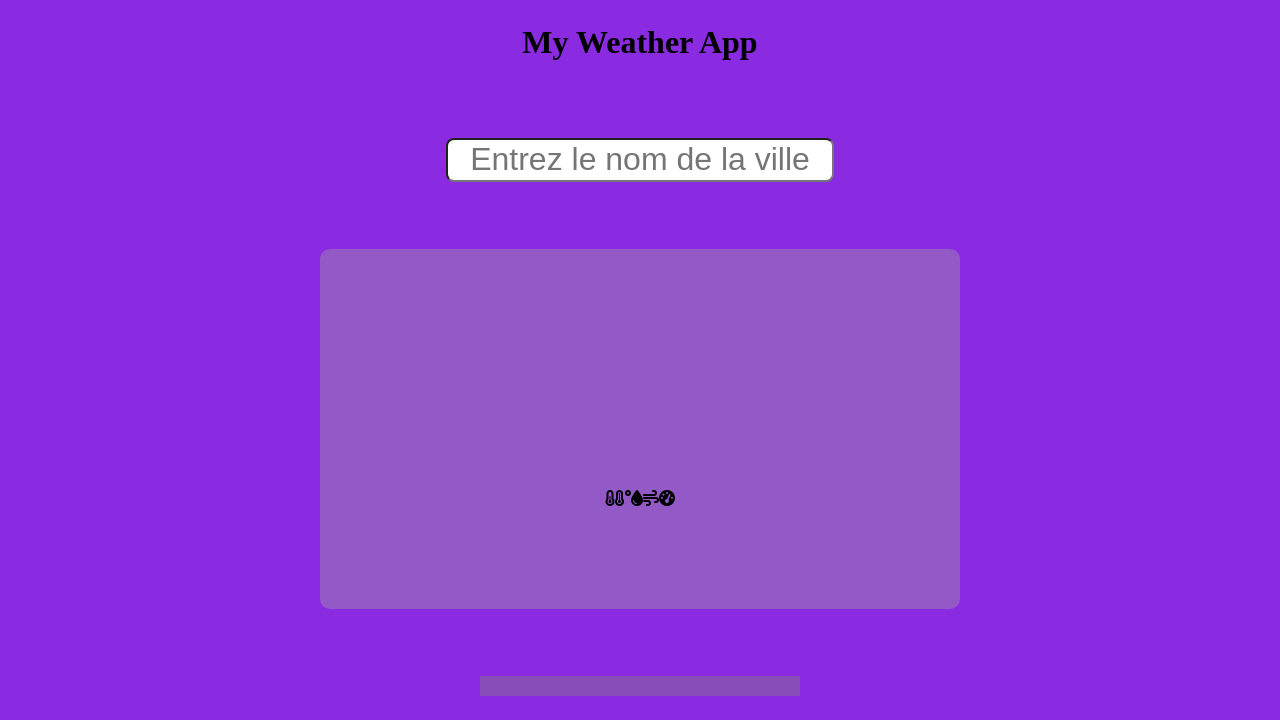
Repository: JeffnyAugustin/MyWeatherApp
Page: index.html
These files come from the project's save history. The page is drawn as it stood at one moment and after the next save; the edit follows.
The browser window is 1280 px wide. The pictures show the whole page.

Above is the page before, as saved 2023-11-14 19:26:09.
Console error: ReferenceError: jQuery is not defined

### index.html
<!DOCTYPE html>
<html lang="fr">

<head>
    <meta charset="UTF-8">
    <meta http-equiv="X-UA-Compatible" content="IE=edge">
    <meta name="viewport" content="width=device-width, initial-scale=1.0">
    <link rel="stylesheet" href="https://cdnjs.cloudflare.com/ajax/libs/font-awesome/6.4.0/css/all.min.css"
        integrity="sha512-iecdLmaskl7CVkqkXNQ/ZH/XLlvWZOJyj7Yy7tcenmpD1ypASozpmT/E0iPtmFIB46ZmdtAc9eNBvH0H/ZpiBw=="
        crossorigin="anonymous" referrerpolicy="no-referrer" />
     <!-- Ajoutez le script de Slick Carousel -->
     <script type="text/javascript" src="https://cdn.jsdelivr.net/npm/slick-carousel@1.8.1/slick/slick.min.js"></script>

    <link rel="stylesheet" href="/css/style.css">
    <title>My Weather App</title>
</head>

<body>



    <div id="container"></div>

    <script src="/js/script.js"></script>

    <script>
        // Initialisez le carrousel après avoir ajouté les prévisions
        $(document).ready(function(){
            $('.prevision').slick({
                // Les options de configuration du carrousel vont ici
                slidesToShow: 3,
                slidesToScroll: 1,
                autoplay: true,
                autoplaySpeed: 5000
            });
        });
    </script>
</body>

</html>

### css/style.css
* {
    padding : 0;
    margin: 0;
}

body {
    display: flex;
    justify-content: center;
    height: 100vh;
    width: 100vw;
    background-color: blueviolet;
}

#container {
    display: flex;
    flex-direction: column;
    align-items: center;
    justify-content: space-around;
    gap: 20px;

}

#searchBox {
    text-align: center;
    width: 60%;
    height: 40px;
    border-radius: 8px;
    margin-top: 10px;
    font-size: 2rem;
}


#allTogether {
    width: 50VW;
    height: 50VH;
    display: flex;
    flex-direction: column;
    justify-content: space-evenly;
    align-items: center;
    background-color: rgb(158 158 158 / 40%);
    border-radius: 10px;
}

div#meteoElement {
    display: flex;
    flex-direction: row;
    justify-content: space-around;
    flex-wrap: wrap;
}

div#cityElement {
    display: flex;
    flex-direction: row;
    gap: 10px;
    justify-content: center;
}

div#cityDescription {
    display: flex;
    flex-direction: column;
    gap: 20PX;
}

#prevision {
    background-color: rgb(134 126 126 / 41%);
    display: flex;
    flex-direction: row;
    height: 20px;
    width: 50%;
    justify-content: center;
    align-items: center;
    gap: 10px;
}

.day-forecast {
    display: flex;
    flex-direction: column;
    height: 10%;
    width: 30%;
    background-color: #c1a8b6;
}


p {
    font-size: 2rem;
    color: white;
}

p.cityName {
    text-align: center;
}

### js/script.js
// Clé D'api
const API_KEY = "b476218e49ef0d0755a713e9ba77f79a";
// Lien vers L'api finissant par une recherche
const API_URL = `https://api.openweathermap.org/data/2.5/forecast?appid=${API_KEY}&units=metric&lang=fr&q=`;


const divContain = document.getElementById("container");
divContain.id = "container";


const titleDiv = document.createElement("div");
titleDiv.className = "title";

// Création H1
const heading = document.createElement('h1');

// Set the text content of the h1 element
heading.textContent = 'My Weather App';



// Création barre de recherche
const inputSearch = document.createElement("input");
inputSearch.id = "searchBox";
inputSearch.type = "text";
inputSearch.placeholder = "Entrez le nom de la ville"; // Ajout du placeholder

// Création de div
const newDiv = document.createElement("div");
newDiv.id = "allTogether";

// Création de div
const forecastDiv = document.createElement("div");
forecastDiv.id = "prevision";




const infoCityDiv = document.createElement("div");
infoCityDiv.id = "cityDescription";


// Création de div oiuyr stocker img + description
const cityImgDiv = document.createElement("div");
cityImgDiv.id = "cityElement";

// Création de div pour afficher les informations météorologiques
const weather = document.createElement("div");
weather.id = "meteoElement";

// Création balise paragraphe pour collecter le nom de la ville
const cityName = document.createElement("p");
cityName.className = "cityName";

// Création de div pour afficher la température
const temperatureDiv = document.createElement("div");
temperatureDiv.className = "temperature-container";

// Création balise paragraphe
const temperature = document.createElement("p");
temperature.className = "temps";

// Création de div pour afficher le temps ressenti
const feelsLikeDiv = document.createElement("div");
feelsLikeDiv.className = "feels-like-container";

// Création balise paragraphe pour la sensation thermique
const feelsLike = document.createElement("p");
feelsLike.className = "feels-like";

// Création de div pour afficher l'humidité
const humidityDiv = document.createElement("div");
humidityDiv.className = "humidity-container";

// Création de balise paragraphe pour l'humidité
const humidity = document.createElement("p");
humidity.className = "humidity";

// Création de div pour afficher le vent
const windDiv = document.createElement("div");
windDiv.className = "wind-container";

// Création de balise wind
const DataWind = document.createElement("p");
DataWind.className = "wind";



// Création de div pour l'humidité
const pressureDiv = document.createElement("div");
pressureDiv.className = "pressure-container";

// Création de balise paragraphe pour la pression atmosphérique
const pressure = document.createElement("p");
pressure.className = "pressure";

// Création de div pour afficher la description
const descriptionDiv = document.createElement("div");
descriptionDiv.className = "description-container";

// Création de balise paragraphe pour la description
const description = document.createElement("p");
description.className = "description";



// Création balise image
const image = document.createElement("img");

// Création balise icône pour la température
const temperatureIcon = document.createElement("i");
temperatureIcon.className = "fas fa-thermometer-half";

// Création balise icône pour la sensation thermique
const feelsLikeIcon = document.createElement("i");
feelsLikeIcon.className = "fas fa-temperature-high";

// Création balise icône pour l'humidité
const humidityIcon = document.createElement("i");
humidityIcon.className = "fas fa-tint";

// Création balise icône pour le vent
const windIcon = document.createElement("i");
windIcon.className = "fas fa-wind";

// Création balise icône pour la pression
const pressureIcon = document.createElement("i");
pressureIcon.className = "fas fa-tachometer-alt";



temperatureDiv.append(temperatureIcon, temperature); // ajout de l'icône

feelsLikeDiv.append(feelsLikeIcon, feelsLike); // ajout de l'icône

humidityDiv.append(humidityIcon, humidity); // ajout de l'icône

windDiv.append(windIcon, DataWind); // ajout de l'icône

pressureDiv.append(pressureIcon, pressure)

descriptionDiv.appendChild( description); // ajout de l'icône




// Function to format the date and time
function formatDateTime() {
    const currentDate = new Date();
    const options = { weekday: 'long', year: 'numeric', month: 'long', day: 'numeric', hour: 'numeric', minute: 'numeric'};
    return currentDate.toLocaleDateString('fr-FR', options);
}

// Create a div to display the date and time
    const dateTimeDiv = document.createElement("div");
    dateTimeDiv.id = "dateTime";
    infoCityDiv.appendChild(dateTimeDiv);

function checkWeather(city) {
    fetch(API_URL + city)
        .then(res => {
            if (!res.ok) {
                throw new Error("La ville n'a pas été trouvée");
            }
            return res.json();
        })
        .then(data => {
            cityName.textContent = data.city.name;
            image.src = `http://openweathermap.org/img/w/${data.list[0].weather[0].icon}.png`;

            description.textContent = data.list[0].weather[0].description;
            temperature.innerHTML = ` Température :  ${Math.round(data.list[0].main.temp)}°C `;
            feelsLike.textContent = "Temps Ressenti : " + Math.round(data.list[0].main.feels_like) + "°C";
            humidity.textContent = "humidityIcon : " + data.list[0].main.humidity + "%";
            DataWind.textContent = "Vitesse du vent : " + Math.floor(data.list[0].wind.speed) + " Km/h";
            pressure.textContent = "Pression : " + data.list[0].main.pressure + " hPa";


             // Afficher les prévisions pour les 5 prochains jours
             for (let i = 0; i < data.list.length; i += 8) {
                const dayForecast = document.createElement("div");
                dayForecast.className = "day-forecast";

                const date = new Date(data.list[i].dt * 1000);
                const dayName = new Intl.DateTimeFormat('fr-FR', { weekday: 'long' }).format(date);

                const dayNameElement = document.createElement("p");
                dayNameElement.textContent = dayName;

                const iconElement = document.createElement("img");
                iconElement.src = `http://openweathermap.org/img/w/${data.list[i].weather[0].icon}.png`;

                const descriptionElement = document.createElement("p");
                descriptionElement.textContent = data.list[i].weather[0].description;

                const temperatureElement = document.createElement("p");
                temperatureElement.textContent = `Température : ${Math.round(data.list[i].main.temp)}°C`;

                dayForecast.append(dayNameElement, iconElement, descriptionElement, temperatureElement);
                forecastDiv.appendChild(dayForecast);
             }

               // Display the date and time
               dateTimeDiv.textContent = "Date du jour : " + formatDateTime();

        })
        .catch(error => {
            console.error("Erreur de requête :", error.message);
            // Ajoutez ici un traitement pour informer l'utilisateur de l'erreur
        });
}

inputSearch.addEventListener("change", () => {
    checkWeather(inputSearch.value);
});


weather.append(temperatureDiv, feelsLikeDiv, humidityDiv, windDiv, pressureDiv); // ajout des éléments Weather
newDiv.append(infoCityDiv, weather); // ajout du conteneur Weather à newDiv
infoCityDiv.append(cityName, cityImgDiv)
cityImgDiv.append(image, descriptionDiv)
titleDiv.appendChild(heading)
divContain.append(titleDiv, inputSearch, newDiv, forecastDiv); // ajout de tous les éléments à divContain
document.body.appendChild(divContain);



// Mise à jour des informations météorologiques toutes les 5 minutes
setInterval(function () {
    // Ici, mettre à jour les informations de la météo à l'aide de l'API ou d'autres sources
    // Vous pouvez appeler la fonction checkWeather avec la dernière ville recherchée
    checkWeather(inputSearch.value);
}, 5 * 60 * 1000);

After the next save:
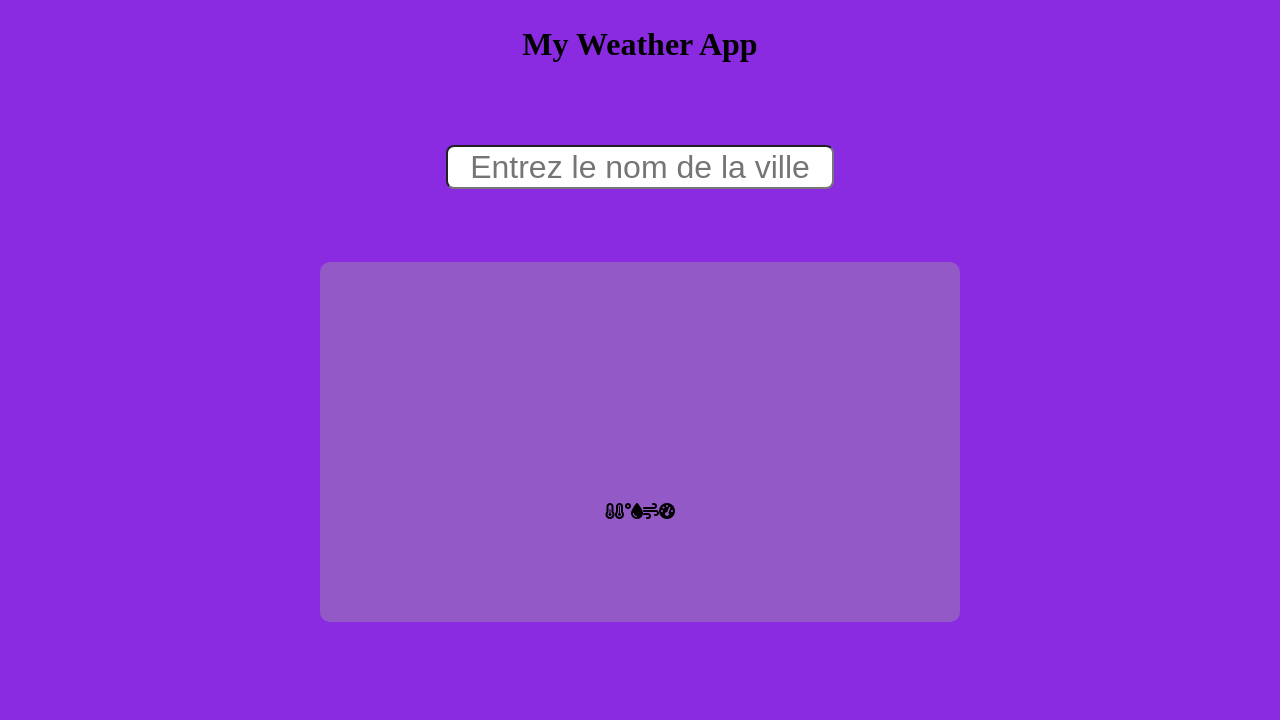
Saved 93 s later.
--- a/css/style.css
+++ b/css/style.css
@@ -65,8 +65,6 @@ div#cityDescription {
     background-color: rgb(134 126 126 / 41%);
     display: flex;
     flex-direction: row;
-    height: 20px;
-    width: 50%;
     justify-content: center;
     align-items: center;
     gap: 10px;
